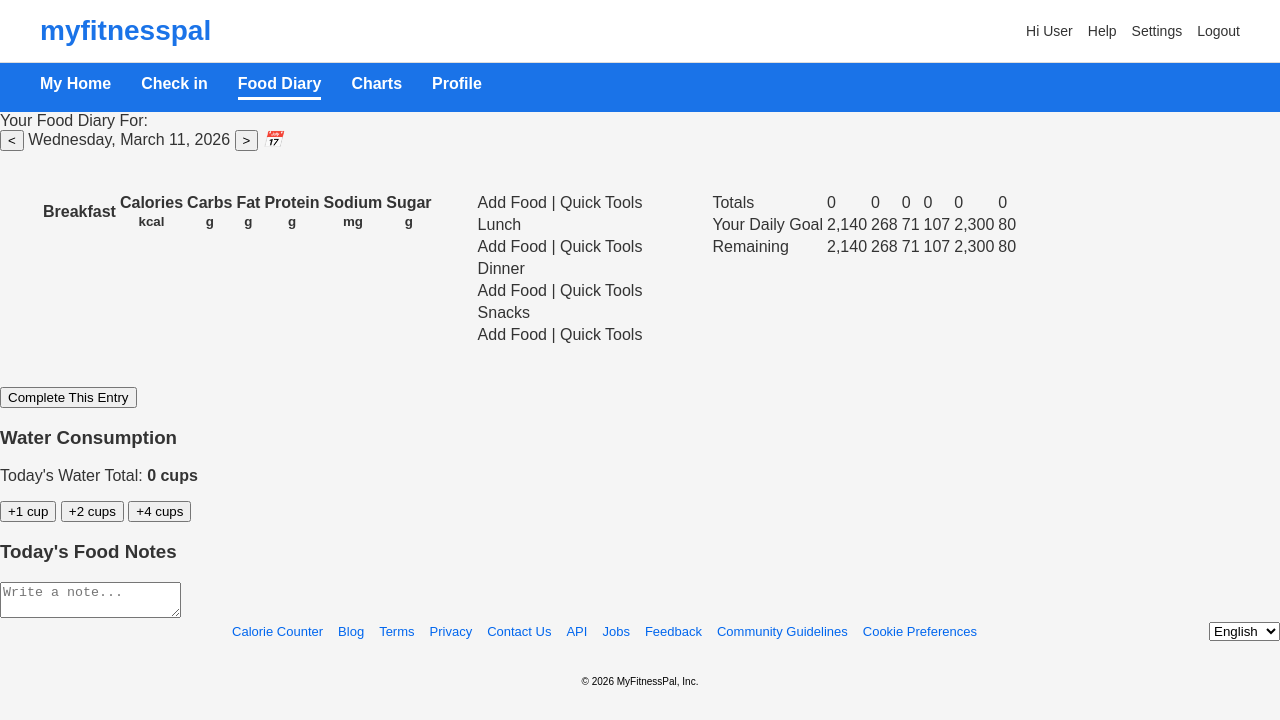
Repository: kem85/Web-Project
Page: Food-Diary.html
An editor plug-in stored every save of this project. The page is shown before and after the next save, followed by the edit.
The browser window is 1280 px wide. The pictures show the whole page.

Above is the page before, as saved 2026-03-11 14:59:31.

### Food-Diary.html
<!doctype html>
<html lang="en">
  <head>
    <meta charset="UTF-8" />
    <title>Fitness Tracker VY</title>

    <link rel="stylesheet" href="style.css" />
  </head>

  <body>
    <!-- HEADER -->

    <header class="header">
      <div class="logo">
        <h1><a href="index.html">myfitnesspal</a></h1>
      </div>

      <div class="user-section">
        <span>Hi <span id="username">User</span></span>

        <a href="#">Help</a>
        <a href="#">Settings</a>
        <a href="#">Logout</a>
      </div>
    </header>

    <!-- NAVBAR -->

    <nav class="navbar">
      <ul>
        <li><a href="index.html">My Home</a></li>
        <li><a href="Check-In.html">Check in</a></li>
        <li class="active"><a href="Food-Diary.html">Food Diary</a></li>
        <li>Charts</li>
        <li>Profile</li>
      </ul>
    </nav>

    <main class="diary-container">
      <header class="diary-header">
        <span>Your Food Diary For:</span>
        <div class="date-controls">
          <button>&lt;</button>
          <span class="current-date">Wednesday, March 11, 2026</span>
          <button>&gt;</button>
          <i class="calendar-icon">📅</i>
        </div>
      </header>

      <table class="dashboard">
        <thead>
          <tr>
            <th class="meal-col">Breakfast</th>
            <th>
              Calories <br />
              <small>kcal</small>
            </th>
            <th>
              Carbs <br />
              <small>g</small>
            </th>
            <th>
              Fat <br />
              <small>g</small>
            </th>
            <th>
              Protein <br />
              <small>g</small>
            </th>
            <th>
              Sodium <br />
              <small>mg</small>
            </th>
            <th>
              Sugar <br />
              <small>g</small>
            </th>
          </tr>
        </thead>

        <tbody>
          <tr class="action-row">
            <td><a href="#">Add Food</a> | <a href="#">Quick Tools</a></td>
            <td></td>
            <td></td>
            <td></td>
            <td></td>
            <td></td>
            <td></td>
          </tr>

          <tr class="section-header">
            <td colspan="7">Lunch</td>
          </tr>
          <tr class="action-row">
            <td><a href="#">Add Food</a> | <a href="#">Quick Tools</a></td>
            <td></td>
            <td></td>
            <td></td>
            <td></td>
            <td></td>
            <td></td>
          </tr>

          <tr class="section-header">
            <td colspan="7">Dinner</td>
          </tr>
          <tr class="action-row">
            <td><a href="#">Add Food</a> | <a href="#">Quick Tools</a></td>
            <td></td>
            <td></td>
            <td></td>
            <td></td>
            <td></td>
            <td></td>
          </tr>

          <tr class="section-header">
            <td colspan="7">Snacks</td>
          </tr>
          <tr class="action-row">
            <td><a href="#">Add Food</a> | <a href="#">Quick Tools</a></td>
            <td></td>
            <td></td>
            <td></td>
            <td></td>
            <td></td>
            <td></td>
          </tr>
        </tbody>

        <tfoot>
          <tr class="totals-row">
            <td class="label">Totals</td>
            <td>0</td>
            <td>0</td>
            <td>0</td>
            <td>0</td>
            <td>0</td>
            <td>0</td>
          </tr>
          <tr class="goal-row">
            <td class="label">Your Daily Goal</td>
            <td>2,140</td>
            <td>268</td>
            <td>71</td>
            <td>107</td>
            <td>2,300</td>
            <td>80</td>
          </tr>
          <tr class="remaining-row">
            <td class="label">Remaining</td>
            <td class="positive">2,140</td>
            <td class="positive">268</td>
            <td class="positive">71</td>
            <td class="positive">107</td>
            <td class="positive">2,300</td>
            <td class="positive">80</td>
          </tr>
        </tfoot>
      </table>

      <div class="complete-entry">
        <button class="btn-complete">Complete This Entry</button>
      </div>

      <section class="diary-widgets">
        <div class="water-consumption">
          <h3>Water Consumption</h3>
          <p>Today's Water Total: <strong>0 cups</strong></p>
          <div class="water-graphic"></div>
          <div class="quick-add">
            <button>+1 cup</button> <button>+2 cups</button>
            <button>+4 cups</button>
          </div>
        </div>

        <div class="food-notes">
          <h3>Today's Food Notes</h3>
          <textarea placeholder="Write a note..."></textarea>
        </div>
      </section>
    </main>

    <script src="script.js"></script>

    <footer class="main-footer">
      <div class="footer-container">
        <nav class="footer-links">
          <a href="#">Calorie Counter</a>
          <a href="#">Blog</a>
          <a href="#">Terms</a>
          <a href="#">Privacy</a>
          <a href="#">Contact Us</a>
          <a href="#">API</a>
          <a href="#">Jobs</a>
          <a href="#">Feedback</a>
          <a href="#">Community Guidelines</a>
          <a href="#">Cookie Preferences</a>
        </nav>

        <div class="footer-lang">
          <select>
            <option>English</option>
            <option>Español</option>
          </select>
        </div>
      </div>
      <div class="footer-copyright">© 2026 MyFitnessPal, Inc.</div>
    </footer>
  </body>
</html>

### style.css
/* =======================
   GENERAL STYLES
======================= */

body{
font-family: Arial, sans-serif;
margin:0;
background:#f5f5f5;
color:#333;
}

a{
text-decoration:none;
color:inherit;
}



/* =======================
   HEADER
======================= */

.header{
display:flex;
justify-content:space-between;
align-items:center;
padding:15px 40px;
background:white;
border-bottom:1px solid #ddd;
}

.logo h1{
color:#1a73e8;
margin:0;
font-size:28px;
}

.logo a{
text-decoration:none;
color:#1a73e8;
cursor:pointer;
}

.logo a:hover{
opacity:0.8;
}

.user-section{
display:flex;
align-items:center;
gap:15px;
font-size:14px;
}



/* =======================
   NAVBAR
======================= */

.navbar{
background:#1a73e8;
padding:12px 40px;
}

.navbar ul{
display:flex;
gap:30px;
list-style:none;
margin:0;
padding:0;
}

.navbar li{
color:white;
font-weight:bold;
cursor:pointer;
}

.navbar li:hover{
opacity:0.8;
}


/* navbar links */

.navbar a{
color:white;
text-decoration:none;
}

/* hover effect */

.navbar li:hover{
opacity:0.8;
cursor:pointer;
}

/* active page */

.navbar .active{
border-bottom:3px solid white;
padding-bottom:4px;
}


/* =======================
   PAGE TITLE
======================= */



.user-img{
width:50px;
height:50px;
border-radius:50%;
}

.dashboard{
display:flex;
gap:40px;
padding:40px;
}


/*Footer*/
.main-footer {
    height:100%;
    width: 100%;
}
.footer-container {
    display: flex;
    align-items: center;
    width: 100%;
}

.footer-links {
    flex: 1;
    display: flex;
    flex-wrap: wrap;
    justify-content: center;
    gap: 15px;

}

.footer-links a {
    color: #0066ee;
    text-decoration: none;
    font-size: 13px;
}

.footer-links a:hover {
    opacity: 0.8;
}
.footer-copyright {
    text-align: center;
    color: black;
    font-size: 10px;
    margin-top: 35px;
}
.footer-lang {
    margin-left: auto;
}

Loaded but not shown: index/script.js (no copy from this time; the picture is the same without it)

After the next save:
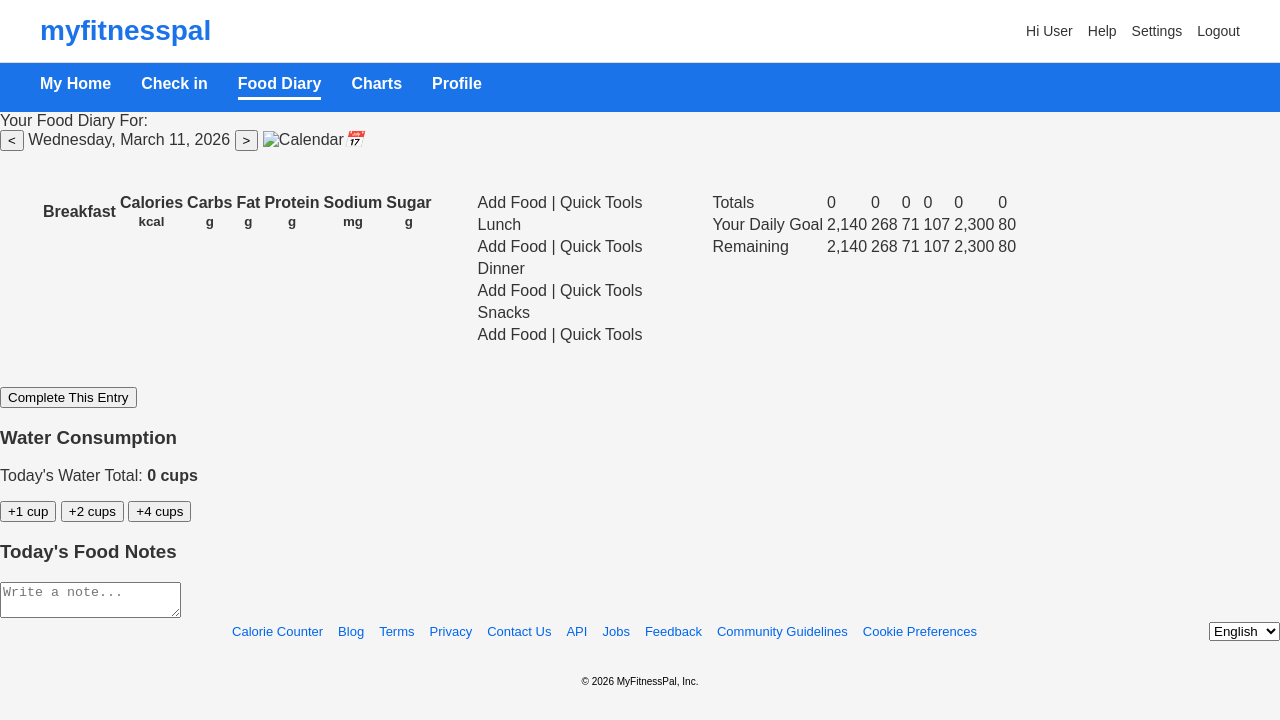
Not found: OIP.webp
Saved 4 min 35 s later.
--- a/Food-Diary.html
+++ b/Food-Diary.html
@@ -43,7 +43,7 @@
           <button>&lt;</button>
           <span class="current-date">Wednesday, March 11, 2026</span>
           <button>&gt;</button>
-          <i class="calendar-icon">📅</i>
+          <img src="OIP.webp" alt="Calendar" class="calendar-icon"><i class="calendar-icon">📅</i>
         </div>
       </header>
 

After the save that followed:
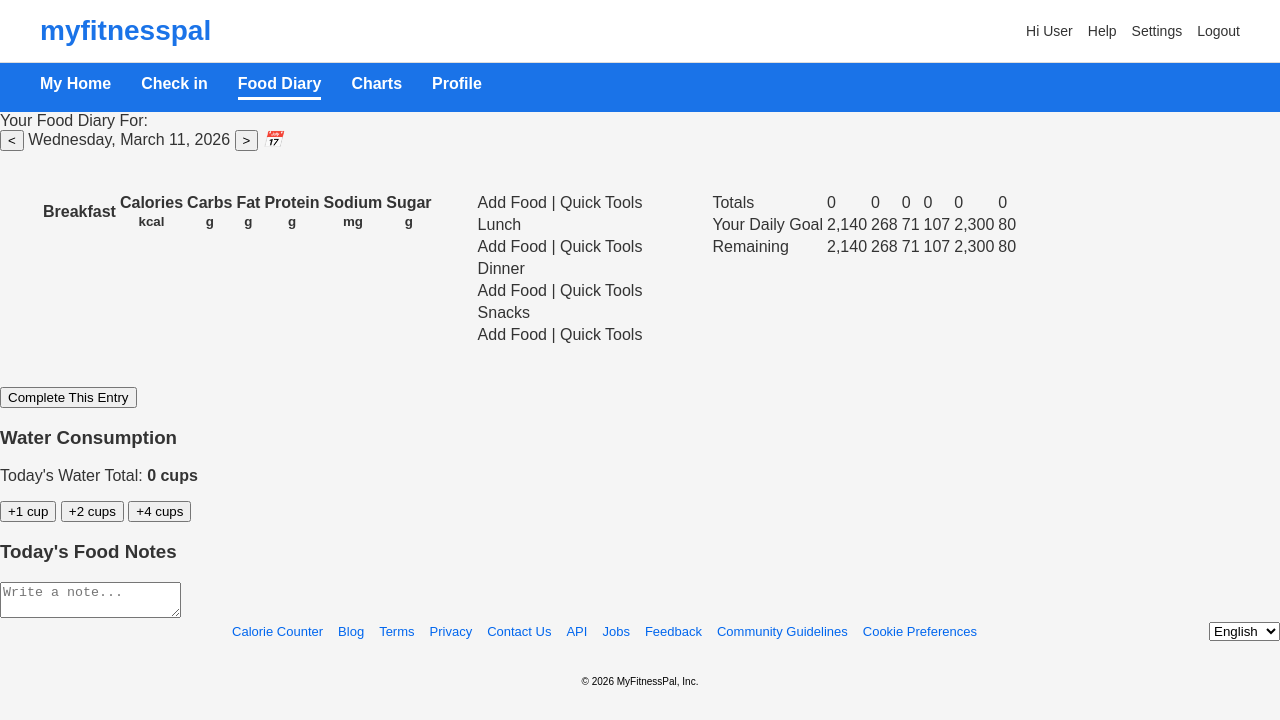
Saved 35 s later.
--- a/Food-Diary.html
+++ b/Food-Diary.html
@@ -43,7 +43,7 @@
           <button>&lt;</button>
           <span class="current-date">Wednesday, March 11, 2026</span>
           <button>&gt;</button>
-          <img src="OIP.webp" alt="Calendar" class="calendar-icon"><i class="calendar-icon">📅</i>
+          <i class="calendar-icon">📅</i>
         </div>
       </header>
 
